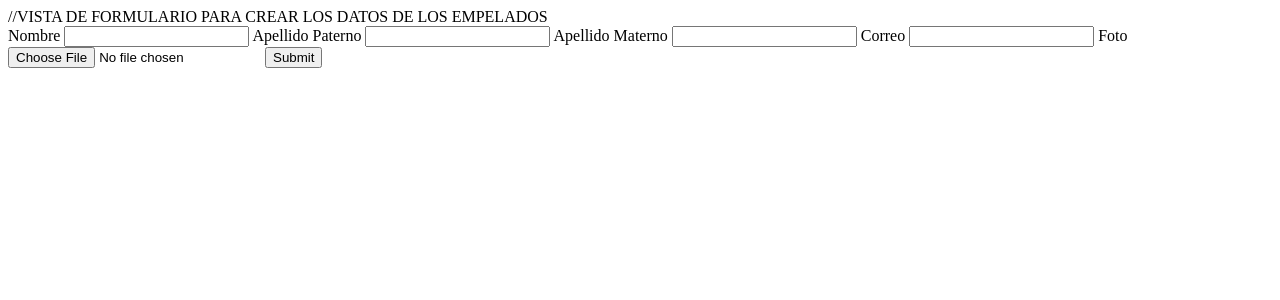
Repository: LionardoGomiz/CRUD-LARAVEL
Page: http://localhost/empleado/create
These files come from the project's save history. The page is drawn as it stood at one moment and after the next save; the edit follows.
The browser window is 1280 px wide. The pictures show the whole page.
The page is served by the project's Laravel application, run on PHP 8.4 with Laravel 8.

Above is the page before, as saved 2021-08-02 14:49:14.

After the next save:
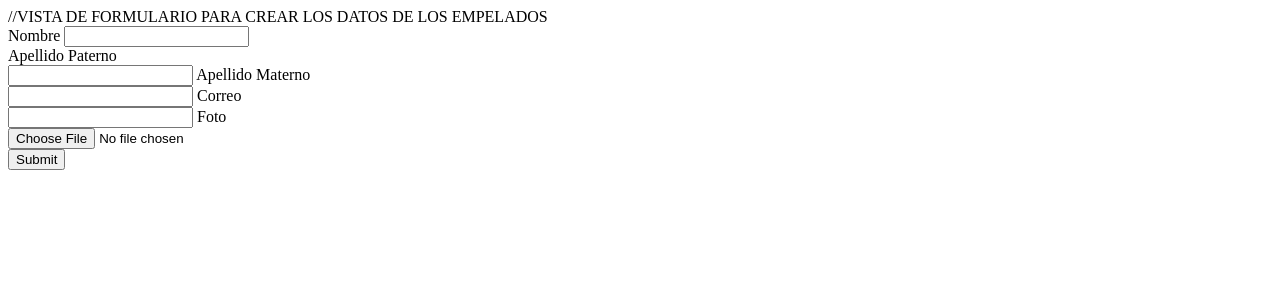
Saved 56 s later.
--- a/CRUD-Laravel/resources/views/empleado/create.blade.php
+++ b/CRUD-Laravel/resources/views/empleado/create.blade.php
@@ -2,14 +2,20 @@
 <form action="" method="POST" enctype="multipart/form-data">
     <label for="Nombre">Nombre</label>
 <input type="text" name="Nombre" id="Nombre">
+<br>
     <label for="ApellidoPaterno">Apellido Paterno</label>
+    <br>
 <input type="text" name="ApellidoPaterno" id="ApellidoPaterno">
     <label for="ApellidoMaterno">Apellido Materno</label>
+    <br>
 <input type="text" name="ApellidoMaterno" id="ApellidoMaterno">
     <label for="Correo">Correo</label>
+    <br>
 <input type="text" name="Correo" id="Correo">
     <label for="Foto">Foto</label>
+    <br>
 <input type="file" name="Foto" id="Foto">
     <label for=""></label>
+    <br>
 <input type="submit" name="Enviar" id="Enviar">
 </form>
